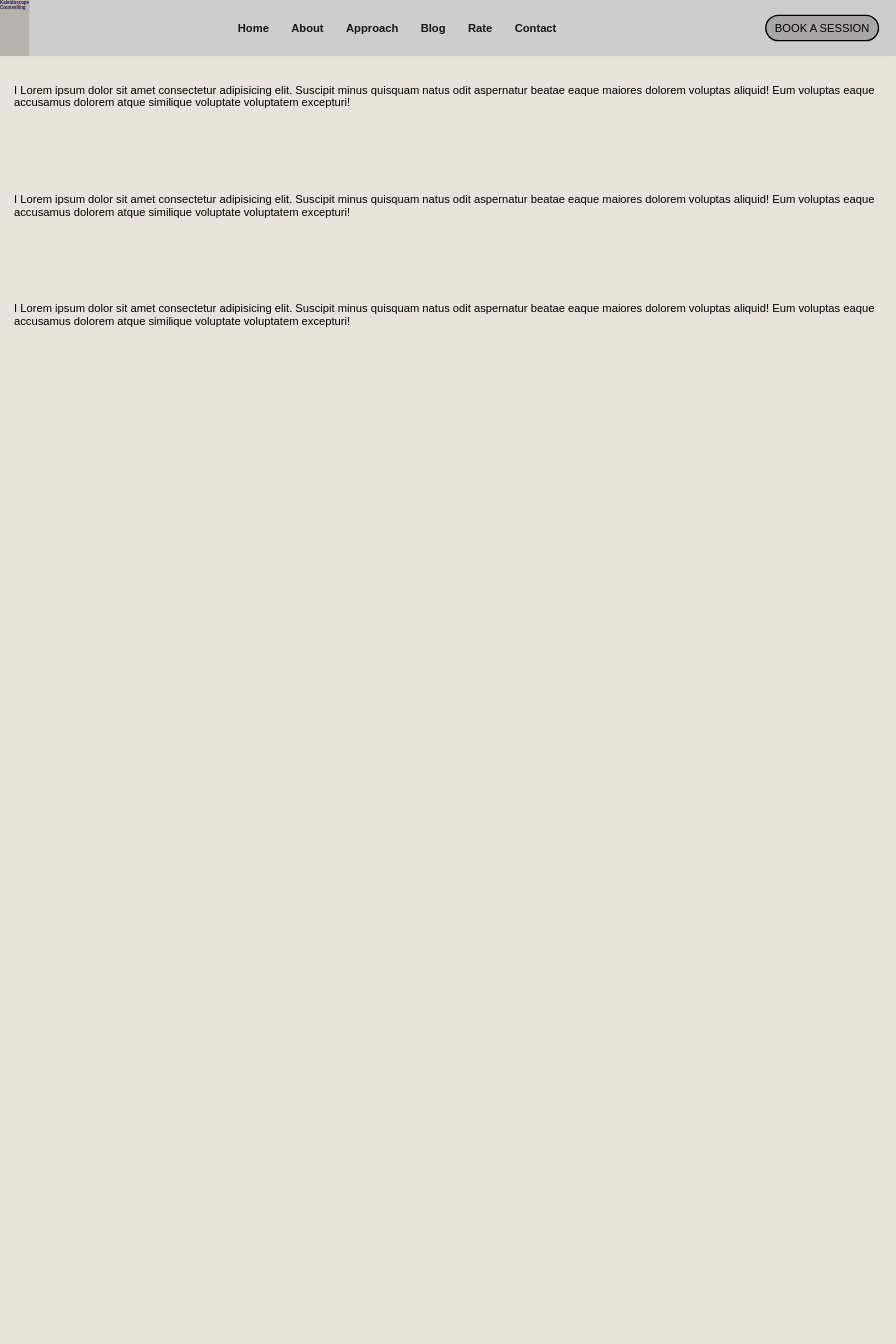
Repository: voutadi/Project1
Page: index.html
An editor plug-in stored every save of this project. The page is shown before and after a run of saves, followed by the edit.
The browser window is 1280 px wide. The pictures show the part of the page from y = 0 to 1920 px (the page is 3120 px tall), at 70% of full size.

Above is the page before, as saved 2024-07-01 21:16:32.

After the next 3 saves:
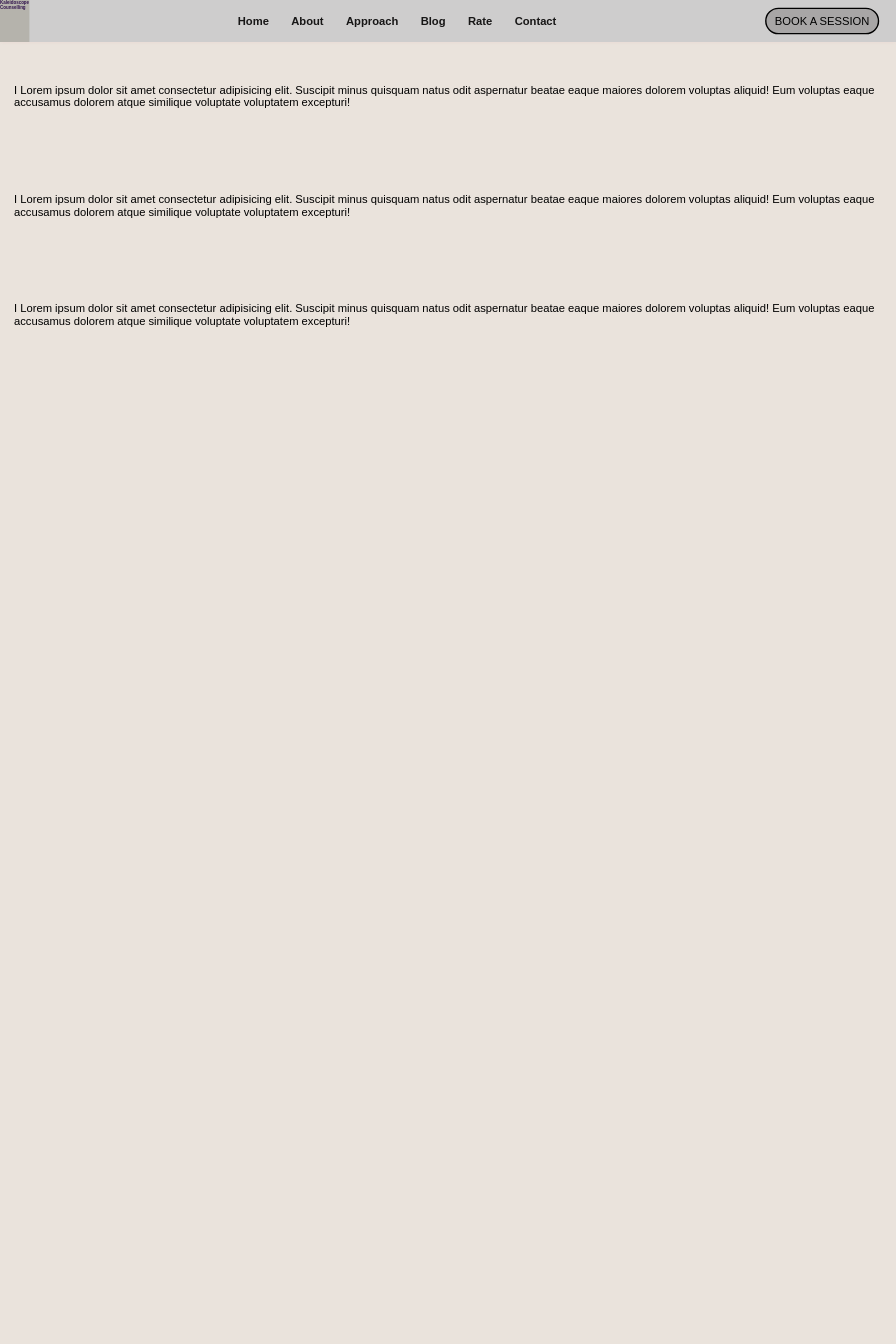
The 3 saves are shown as one change because they came seconds apart.
The last was saved 7 days later.
--- a/styles/style.css
+++ b/styles/style.css
@@ -11,7 +11,7 @@ body {
 }
 header {
   max-width: 100%; /*Make sure Take all of her parent element(body)on all different devices .*/
-  height: 80px;
+  height: 60px;
   position: fixed;
   top: 0;
   left: 0;
